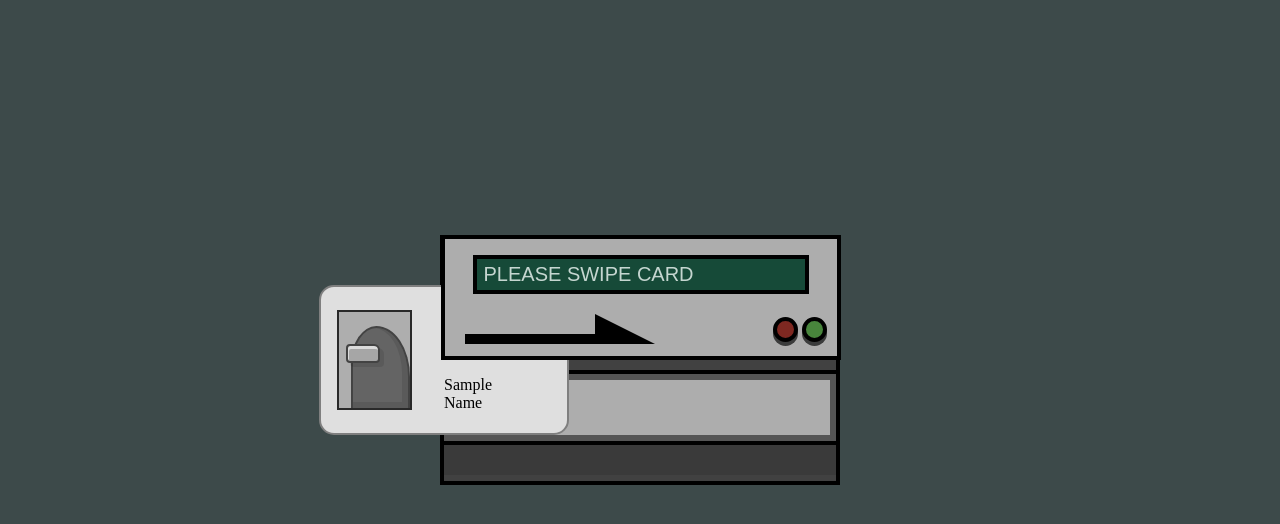
Repository: Aaquib111/Aaquib111.github.io
Page: treasure-page.html
These files come from the project's save history. The page is drawn as it stood at one moment and after the next save; the edit follows.
The browser window is 1280 px wide. The pictures show the whole page.
Some web fonts or font styles are not loaded; a fallback is used.

Above is the page before, as saved 2021-05-15 15:31:21.

### treasure-page.html
<!DOCTYPE html>
<!--[if lt IE 7]>      <html class="no-js lt-ie9 lt-ie8 lt-ie7"> <![endif]-->
<!--[if IE 7]>         <html class="no-js lt-ie9 lt-ie8"> <![endif]-->
<!--[if IE 8]>         <html class="no-js lt-ie9"> <![endif]-->
<!--[if gt IE 8]>      <html class="no-js"> <!--<![endif]-->
<html>
    <head>
        <meta charset="utf-8">
        <meta http-equiv="X-UA-Compatible" content="IE=edge">
        <title>TREASURE</title>
        <meta name="description" content="">
        <meta name="viewport" content="width=device-width, initial-scale=1">
        <link rel="stylesheet" href="css\swipe.css">
    </head>
    <body>
        <div id="wrapper">
            <div id="reader" data-status="">
              <div class="top">
                <div class="screen">
                  <div id="message"></div>
                </div>
                <div class="lights">
                  <div class="light red"></div>
                  <div class="light green"></div>
                </div>
              </div>
              <div id="card">
                <div id="photo"></div>
                <div id="name"><p>Sample Name</p></div>
              </div>
              <div class="bottom"></div>
            </div>
          </div>

          <script src="js\swipe.js"></script>
    </body>
</html>

### css/swipe.css
* {
    box-sizing: border-box;
  }

  html,
  body {
    height: 100%;
  }

  body {
    width: 100vw;
    margin: 0;
    display: flex;
    justify-content: center;
    align-items: center;
    overflow: hidden;
  }

  #wrapper {
    position: relative;
    width: 400px;
    height: 250px;
  }

  #reader {
    width: 100%;
    height: 400px;
  }

  #reader .top {
    position: relative;
    width: 100%;
    height: 125px;
    z-index: 100;
  }

  #reader .bottom {
    width: 100%;
    height: 75px;
  }

  #reader .lights {
    position: absolute;
    right: 10px;
    bottom: 10px;
  }

  .light {
    display: inline-block;
    width: 25px;
    height: 25px;
  }

  #card {
    display: flex;
    justify-content: flex-start;
    align-items: center;
    position: absolute;
    margin-top: -75px;
    width: 250px;
    height: 150px;
    transform: translateX(-125px);
  }

  #card.slide {
    transition: transform 1s;
  }

  body {
    background-color: #3d4a4a;
  }

  #wrapper {
    background-color: #414141;
    border: 4px solid #000;
  }

  #reader .top,
  #reader .bottom {
    background-color: #adadad;
    border: 4px solid #000;
  }

  #reader .top {
    width: calc(100% + 8px);
    padding: 16px;
    margin: -4px 0 0 -3px;
  }

  #reader .top:before {
    content: "";
    position: absolute;
    left: 20px;
    bottom: 12px;
    width: 140px;
    height: 10px;
    background-color: #000;
  }

  #reader .top:after {
    content: "";
    position: absolute;
    left: 150px;
    bottom: 12px;
    width: 0;
    height: 0;
    border-bottom: 30px solid #000;
    border-right: 60px solid transparent;
  }

  #reader .bottom {
    width: calc(100% + 8px);
    margin: 10px 0 0 -4px;
    border-top-left-radius: 30px;
    box-shadow: inset -6px -6px #555555,
                inset 6px 6px #555555,
                0 30px rgba(0, 0, 0, 0.1);
  }

  #reader .screen {
    border: 4px solid #000;
    padding: 4px;
    margin: 0 12px;
    background-color: #164a38;
  }

  #message {
    font-family: 'DSEG14Classic', sans-serif;
    font-size: 20px;
    color: #c5d6d0;
    text-transform: uppercase;
    animation: jitter 3s infinite steps(2);
  }

  #message:after {
    content: "Please swipe card";
  }

  [data-status="invalid"] #message:after {
    content: "Bad read. Try again.";
  }

  [data-status="slow"] #message:after {
    content: "Too slow. Try again.";
  }

  [data-status="fast"] #message:after {
    content: "Too fast. Try again.";
  }

  [data-status="valid"] #message:after {
    content: "Accepted. Thank you.";
  }

  .light {
    border: 4px solid #000;
    border-radius: 50%;
    box-shadow: 0 4px #555555;
    filter: saturate(0.6) brightness(0.7);
  }

  .red {
    background-color: #f52818;
  }

  .green {
    background-color: #3dd022;
  }

  [data-status="invalid"] .red,
  [data-status="slow"] .red,
  [data-status="fast"] .red,
  [data-status="valid"] .green {
    filter: none;
  }

  #card {
    background-color: #dfdfdf;
    border: 2px solid #7f7f7f;
    border-radius: 15px;
    cursor: grab;
  }

  #photo {
    position: relative;
    width: 75px;
    height: 100px;
    background-color: #aeaeae;
    border: 2px solid #292929;
    margin-left: 16px;
    overflow: hidden;
    pointer-events: none;
  }

  #photo:before {
    content: "";
    position: absolute;
    right: 0;
    bottom: 0;
    width: 55px;
    height: 80px;
    background-color: #646464;
    border: 2px solid #434343;
    border-bottom-width: 0;
    border-radius: 30px 40px 5px 10px / 45px 60px 0 0;
    box-shadow: inset -3px -3px 0 3px rgba(0, 0, 0, 0.1);
  }

  #photo:after {
    content: "";
    position: absolute;
    right: 30px;
    bottom: 45px;
    width: 30px;
    height: 15px;
    background-color: #a6a6a6;
    border: 2px solid #434343;
    border-radius: 4px 6px 4px 4px;
    box-shadow: inset 1px 3px 0 rgba(255, 255, 255, 0.6),
                4px 4px 0 rgba(0, 0, 0, 0.1);
  }

  #name{
    position: relative;
    width: 50px;
    height: 0px;
    content: "name";
    margin-left: 32px;
    font-family: 'DSEG14Classic';
  }
  @font-face {
    font-family: 'DSEG14Classic';
    src: url('https://thomaspark.co/projects/among-us-card-swipe/fonts/DSEG14-Classic/DSEG14Classic-Regular.woff2') format('woff2'),
         url('https://thomaspark.co/projects/among-us-card-swipe/fonts/DSEG14-Classic/DSEG14Classic-Regular.woff') format('woff'),
         url('https://thomaspark.co/projects/among-us-card-swipe/fonts/DSEG14-Classic/DSEG14Classic-Regular.ttf')  format('truetype');
  }

  @keyframes jitter {
    from {
      transform: translateX(0);
    }
    to {
      transform: translateX(5px);
    }
  }

### js/swipe.js
const card = document.getElementById('card');
const reader = document.getElementById('reader');
let active = false;
let initialX;
let timeStart, timeEnd;
const soundAccepted = new Audio('https://thomaspark.co/projects/among-us-card-swipe/audio/CardAccepted.mp3');
const soundDenied = new Audio('https://thomaspark.co/projects/among-us-card-swipe/audio/CardDenied.mp3');

document.addEventListener('mousedown', dragStart);
document.addEventListener('mouseup', dragEnd);
document.addEventListener('mousemove', drag);
document.addEventListener('touchstart', dragStart);
document.addEventListener('touchend', dragEnd);
document.addEventListener('touchmove', drag);

function dragStart(e) {
  if (e.target !== card) return;

  if (e.type === 'touchstart') {
    initialX = e.touches[0].clientX;
  } else {
    initialX = e.clientX;
  }

  timeStart = performance.now();
  card.classList.remove('slide');
  active = true;
}

function dragEnd(e) {
  if (!active) return;

  e.preventDefault();
  let x;
  let status;

  if (e.type === 'touchend') {
    x = e.touches[0].clientX - initialX;
  } else {
    x = e.clientX - initialX;
  }

  if (x < reader.offsetWidth) {
    status = 'invalid';
  }

  timeEnd = performance.now();
  card.classList.add('slide');
  active = false;

  setTranslate(0);
  setStatus(status);
}

function drag(e) {
  if (!active) return;

  e.preventDefault();
  let x;

  if (e.type === 'touchmove') {
    x = e.touches[0].clientX - initialX;
  } else {
    x = e.clientX - initialX;
  }

  setTranslate(x);
}

function setTranslate(x) {
  if (x < 0) {
    x = 0;
  } else if (x > reader.offsetWidth) {
    x = reader.offsetWidth;
  }

  x -= (card.offsetWidth / 2);

  card.style.transform = 'translateX(' + x + 'px)';
}

function setStatus(status) {
  if (typeof status === 'undefined') {
    let duration = timeEnd - timeStart;

    if (duration > 700) {
      status = 'slow';
    } else if (duration < 400) {
      status = 'fast';
    } else {
      status = 'valid';
    }
  }

  reader.dataset.status = status;
  playAudio(status);
}

function playAudio(status) {
  soundDenied.pause();
  soundAccepted.pause();
  soundDenied.currentTime = 0;
  soundAccepted.currentTime = 0;

  if (status === 'valid') {
    soundAccepted.play();
  } else {
    soundDenied.play();
  }
}

After the next save:
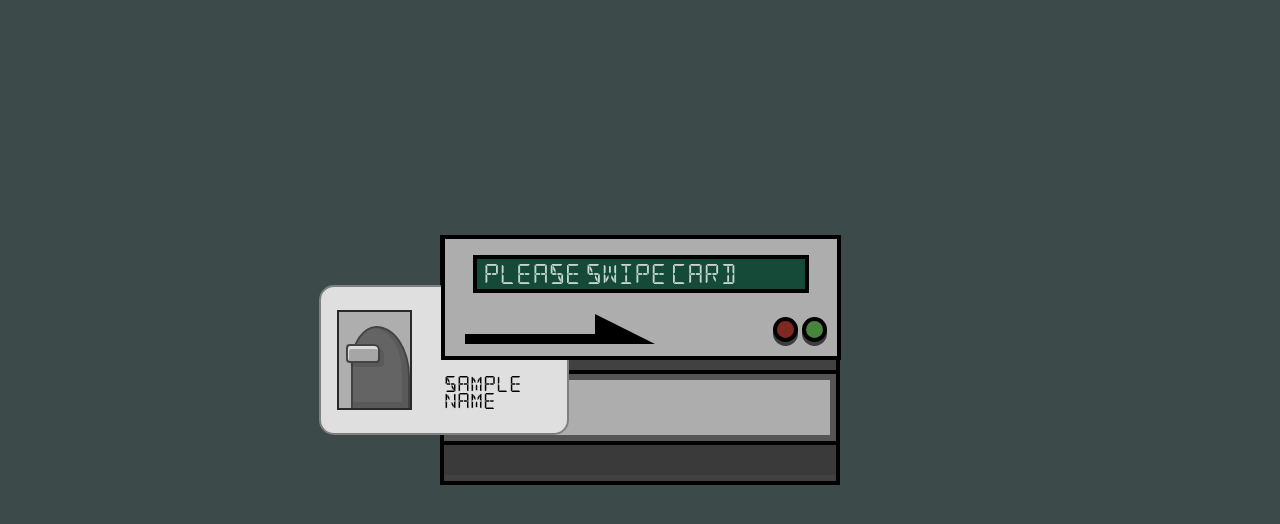
Saved 13 min 25 s later.
--- a/css/swipe.css
+++ b/css/swipe.css
@@ -231,7 +231,7 @@
   @font-face {
     font-family: 'DSEG14Classic';
     src: url('https://thomaspark.co/projects/among-us-card-swipe/fonts/DSEG14-Classic/DSEG14Classic-Regular.woff2') format('woff2'),
-         url('https://thomaspark.co/projects/among-us-card-swipe/fonts/DSEG14-Classic/DSEG14Classic-Regular.woff') format('woff'),
+         url('fonts/DSEG14Classic-Regular.woff') format('woff'),
          url('https://thomaspark.co/projects/among-us-card-swipe/fonts/DSEG14-Classic/DSEG14Classic-Regular.ttf')  format('truetype');
   }
 
